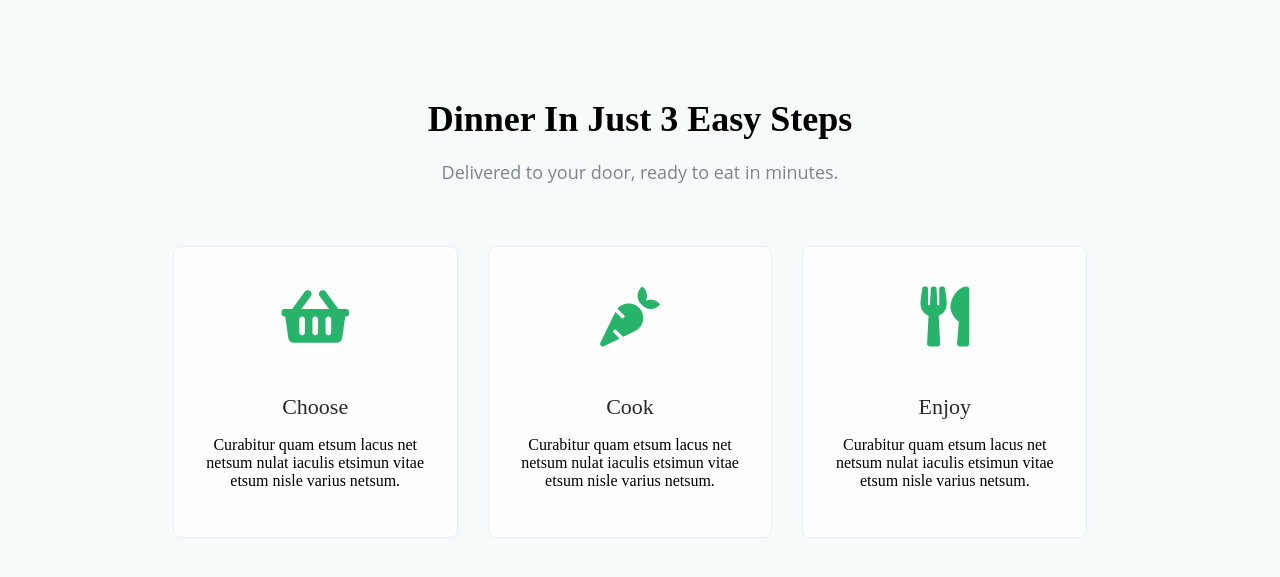
Repository: ST-United-Internship/leadpage
Page: card-UI.html
The author's editor kept a copy of each file at every save. The page is drawn from the files as they stood at one save, then again after the next save.
The browser window is 1280 px wide. The pictures show the whole page.

Above is the page before, as saved 2023-03-15 16:02:56.

### card-UI.html
<!DOCTYPE html>
<html lang="en">
<head>
    <meta charset="UTF-8">
    <meta http-equiv="X-UA-Compatible" content="IE=edge">
    <meta name="viewport" content="width=device-width, initial-scale=1.0">
    <title>Document</title>
    <link rel="stylesheet" href="css/card-UI.css">
    <link rel="stylesheet" href="css/common.css">
    <link rel="stylesheet" href="https://use.fontawesome.com/releases/v5.15.4/css/all.css" integrity="sha384-DyZ88mC6Up2uqS4h/KRgHuoeGwBcD4Ng9SiP4dIRy0EXTlnuz47vAwmeGwVChigm" crossorigin="anonymous"/>
</head>
<body>
        <section>
            <!--begin title-->
            <div class="about">
                <div class="row-title">
                    <div class="title-text">
                        <h2>Dinner In Just 3 Easy Steps</h2>
                        <p>Delivered to your door, ready to eat in minutes.</p>
                    </div>
                </div>
            </div>
            <!--begin card-->
            <div class="card-UI">
                <div class="about">
                    <div class="columm">
                        <div class="title-card">
                            <i class="fas fa-shopping-basket"></i>
                            <h3>Choose</h3>
                            <p>Curabitur quam etsum lacus net netsum nulat iaculis etsimun vitae etsum nisle varius netsum.</p>
                        </div>
                        <div class="title-card">
                            <i class="fas fa-carrot"></i>
                            <h3>Cook</h3>
                            <p>Curabitur quam etsum lacus net netsum nulat iaculis etsimun vitae etsum nisle varius netsum.</p>
                        </div>
                        <div class="title-card">
                            <i class="fas fa-utensils"></i>
                            <h3>Enjoy</h3>
                            <p>Curabitur quam etsum lacus net netsum nulat iaculis etsimun vitae etsum nisle varius netsum.</p>
                        </div>
                    </div>
                </div>
            </div>
        </section>
</body>
</html>

### css/card-UI.css
body{
    background: #f7fafa;
}

section{
    background: #f7fafa;
    padding: 90px 0 100px 0;
}

.about{
    background-color: #f7fafa;
}

.row-title{
    text-align: center;
}
 .title-text{
    text-align: center;
    /* margin-right: -15px;
    margin-left: -15px; */
}

.about .row-title .title-text h2{
    font-size: 36px;
    margin-bottom: 10px;
    margin-top: 0px;
}

.about .row-title .title-text p{
    font-size: 18px;
    line-height: 28px;
    font-weight: 400;
    color: #7c8595;
    margin-bottom: 15px;
    font-family: 'Open Sans', sans-serif;
}

.card-UI{
    position: relative;
}

.card-UI .about .columm{
    display: flex;
    justify-content: center;
}

.title-card{
    position: relative;
    margin: 45px 25px 5px 5px;
    padding: 40px 15px 32px 15px;
    overflow: hidden;
    text-align: center;
    border: 1px solid #e5efff;
    background-color: #fefefe;
    border-radius: 8px 8px;
    transition: all 1s;
    width: 20%;
    height: 50%;

}

.title-card:hover{
    border: 1px solid #27b36a;
    transform: scale(1.05, 1.05);
}

.columm::after, ::before{
    box-sizing: border-box;
}

.card-UI .about .columm .title-card i{
    margin-bottom: 25px;
    font-size: 60px;
    color: #27b36a;
}

.card-UI .about .columm .title-card h3{
    font-size: 22px;
    font-weight: 500;
    color: #292929;
    margin-bottom: 15px;
}

.card-UI .about .columm .title-card p{
    padding: 0 10px;
    margin-bottom: 15px
}


@media only screen and (max-width:1000px) {

    .about{
        width: auto;
        align-items: center;
    }
    .columm{
        /* width: auto; */
        flex-direction: column;
        justify-content: center;
        align-items: center;
        text-align: center;
        margin: 0px 0px 0px 0px;
        padding: 30px;
    }
    .title-card{
        width: auto;
    }
}

### css/common.css
.container {
  max-width: 80%;
  margin: auto;
  border: 1px solid blue;
}
.card {
  width: 400px;
}
.space-vertical {
  padding: 20px 0;
}

.space-horizontal {
  padding: 0 20px;
}

*,
**,
*::before,
*::after {
  box-sizing: border-box;
}

After the next save:
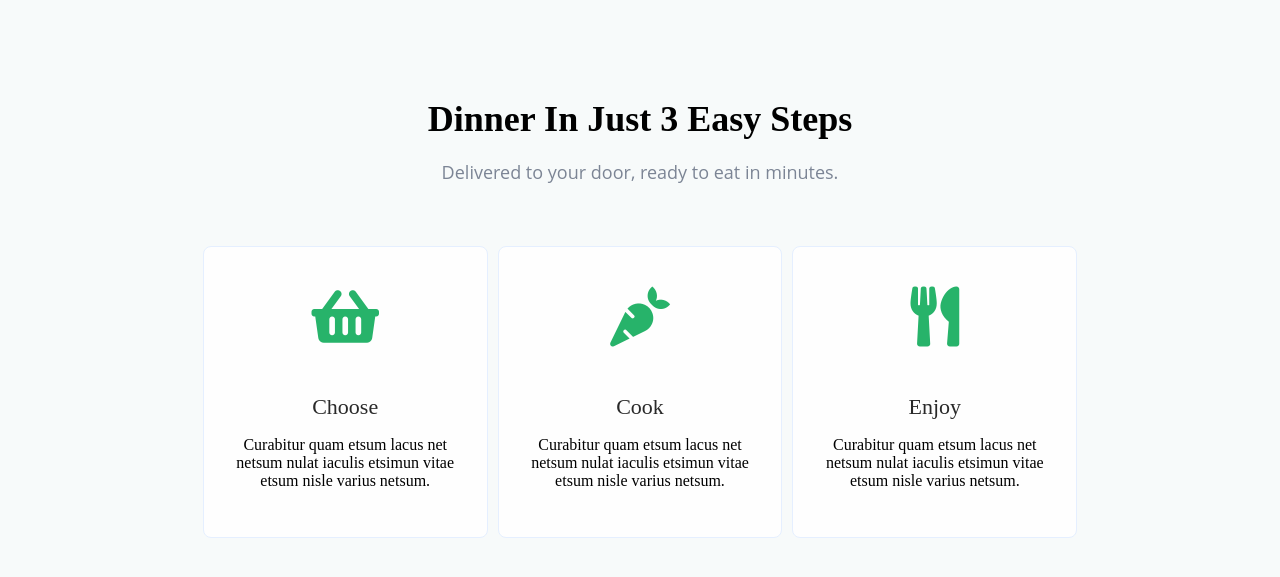
Saved 83 s later.
--- a/css/card-UI.css
+++ b/css/card-UI.css
@@ -46,7 +46,7 @@ section{
 
 .title-card{
     position: relative;
-    margin: 45px 25px 5px 5px;
+    margin: 45px 5px 5px 5px;
     padding: 40px 15px 32px 15px;
     overflow: hidden;
     text-align: center;
